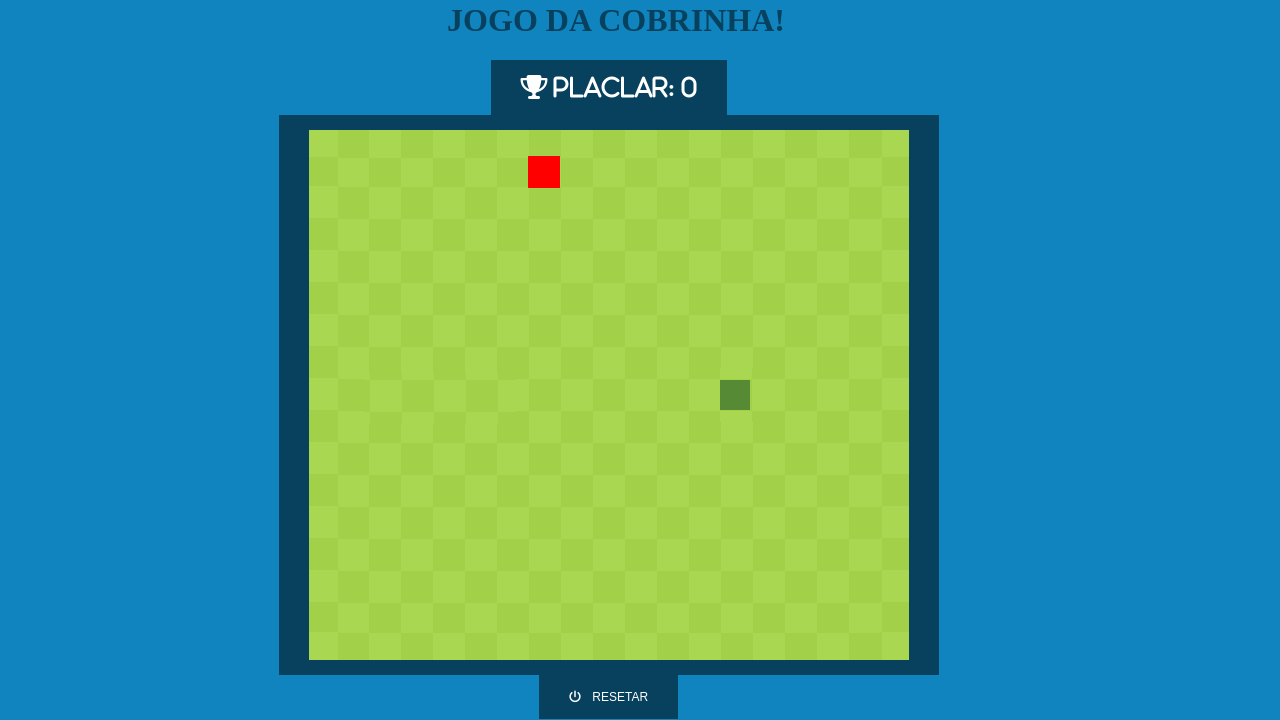
Repository: julierson/jogo-da-cobrinha-dio-master
Page: index.html
An editor plug-in stored every save of this project. The page is shown before and after the next save, followed by the edit.
The browser window is 1280 px wide. The pictures show the whole page.
Some web libraries are served in a nearby version.

Above is the page before, as saved 2021-07-05 17:29:35.

After the next save:
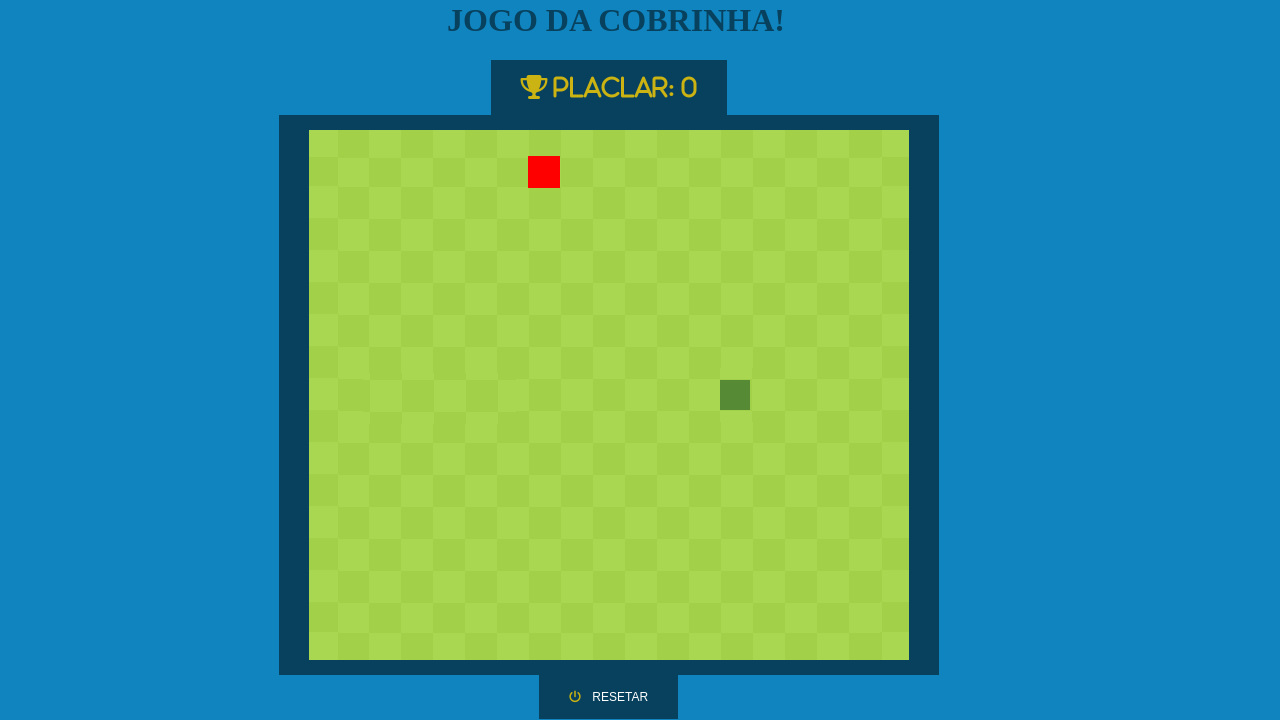
Saved 66 s later.
--- a/style/man.css
+++ b/style/man.css
@@ -17,7 +17,7 @@ body{
 }
 
 .body, i{
-    color: white;
+    color: #cab312;
 }
 
 .fundoSnake{
